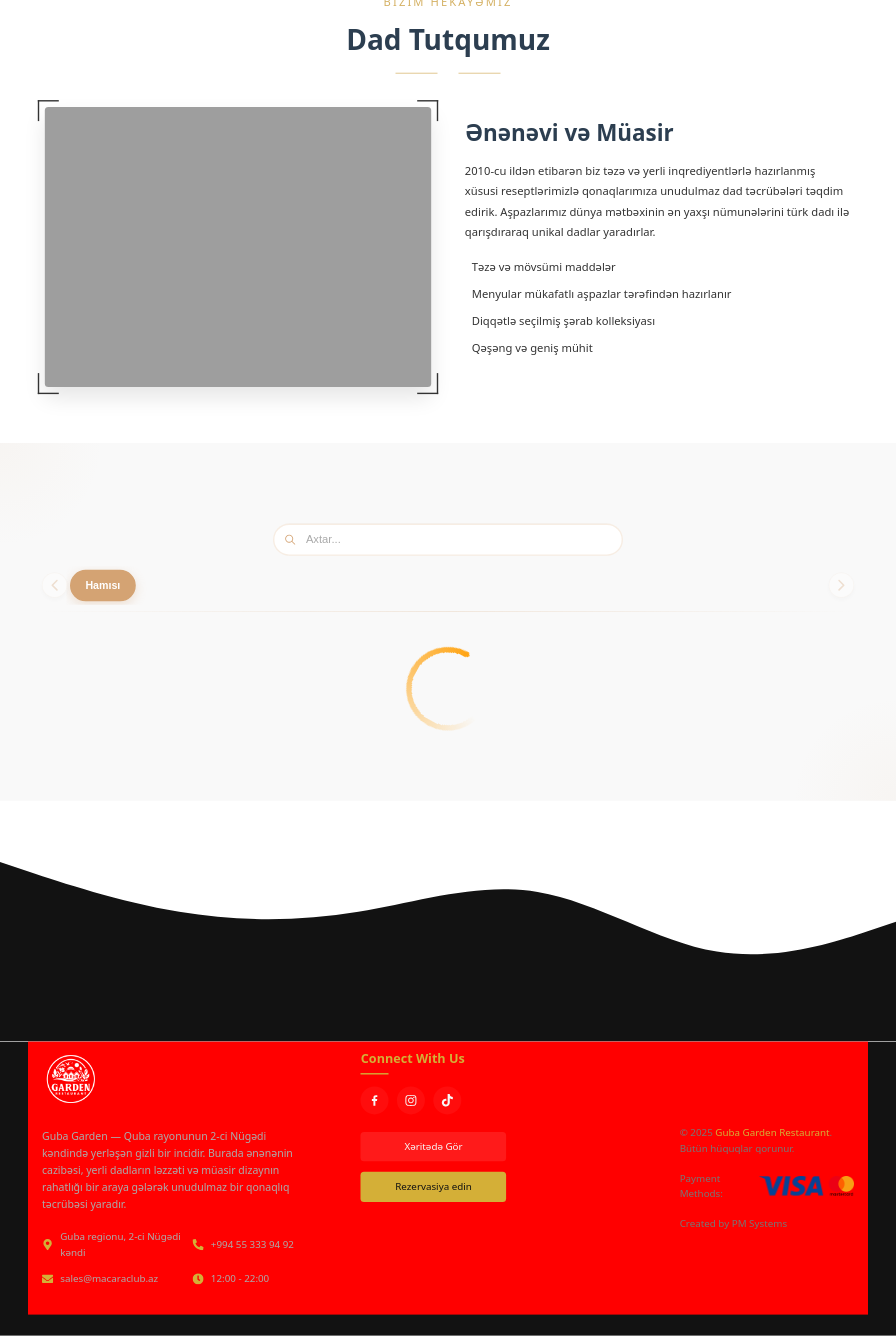
Repository: ferhadsultan98/menu-macara
Page: /
An editor plug-in stored every save of this project. The page is shown before and after the next save, followed by the edit.
The browser window is 1280 px wide. The pictures show the part of the page from y = 810 to 2730 px (the page is 2718 px tall before and 2730 px after), at 70% of full size.
Pictures or frames that could not be fetched are drawn as grey boxes. The page's requests for data from a server got no answer. The project was rebuilt for these pictures with package versions that can differ from the ones it lists, and the page was loaded fresh each time. No one was signed in, and anything a server would have sent is missing. Also part of the build but not shown: vite.config.js.

Above is the page before, as saved 2025-04-18 14:46:23.

After the next save:
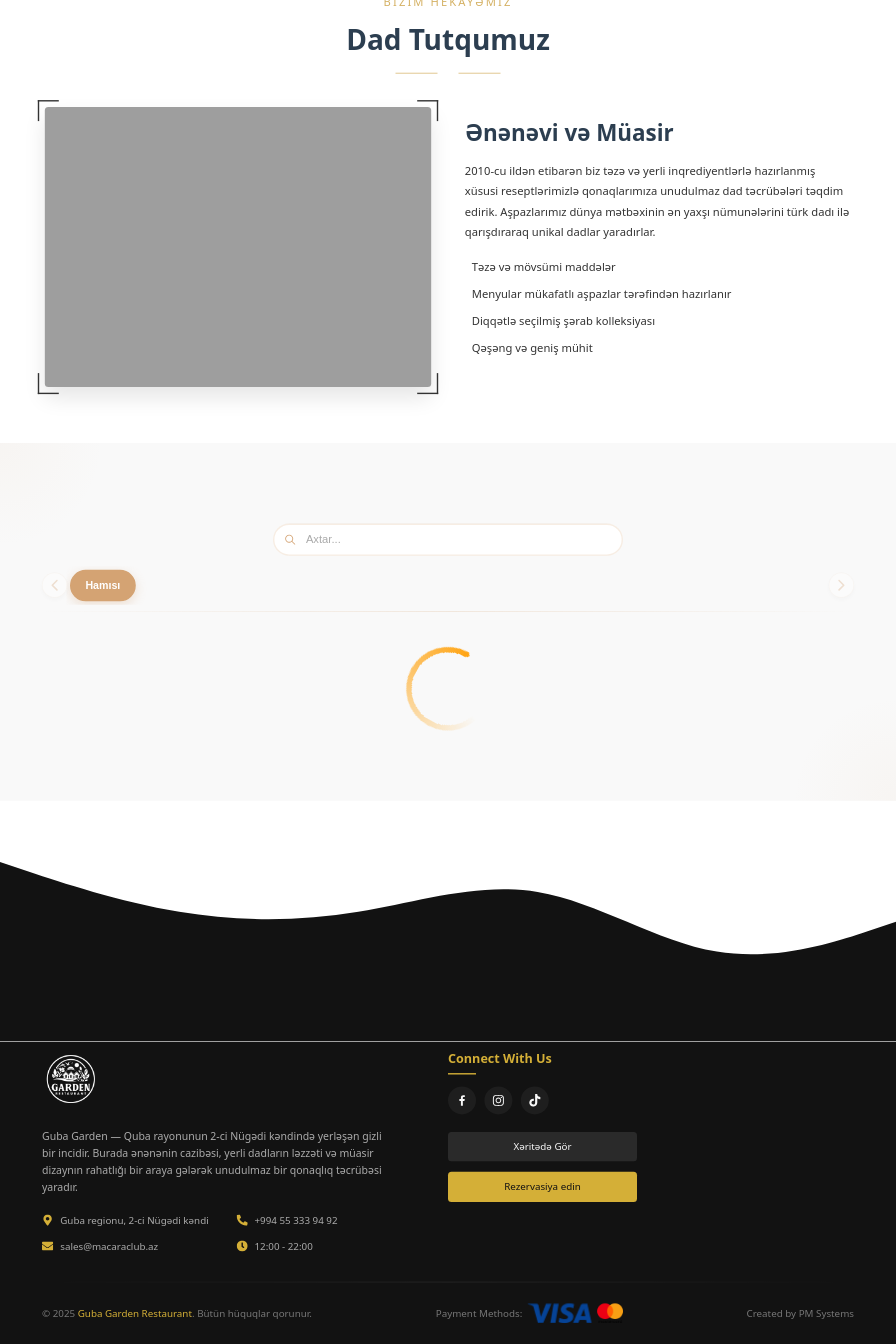
Saved 9 s later.
--- a/src/Components/Common/Footer/Footer.scss
+++ b/src/Components/Common/Footer/Footer.scss
@@ -22,10 +22,7 @@
     max-width: 1200px;
     margin: 0 auto;
     padding: 0 20px;
-    background: red;
-    justify-content: center;
-    display: flex;
-    align-items: center;
+
   }
 
   // Main footer section
